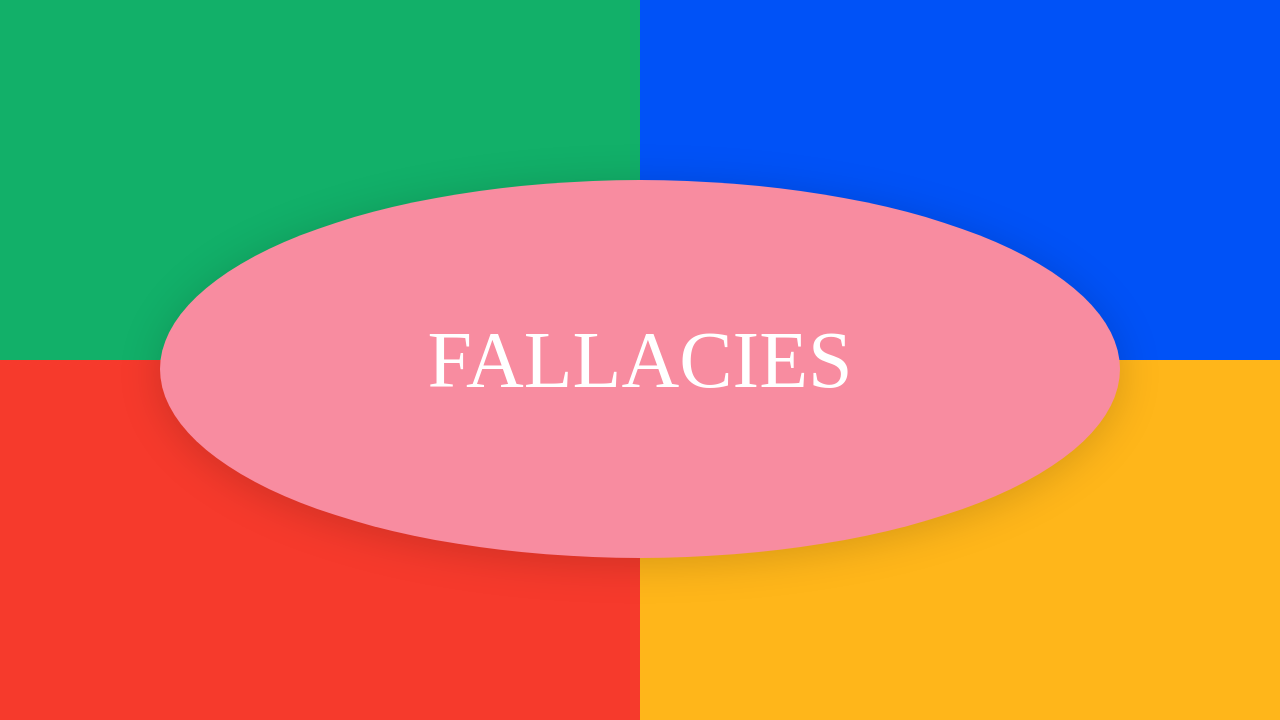
Repository: yafugray/fallacies
Page: project/Midterm project/index.html
The author's editor kept a copy of each file at every save. The page is drawn from the files as they stood at one save, then again after the next save.
The browser window is 1280 px wide. The pictures show the whole page.

Above is the page before, as saved 2020-03-12 19:19:05.

### project/Midterm project/index.html
<!DOCTYPE html>
<html lang="en">
<head>
    <meta charset="UTF-8">
    <meta name="viewport" content="width=device-width, initial-scale=1.0">
    <title>Fallacies</title>
    <link href="app.css" rel="stylesheet">
</head>
<body>
    <div id="Mainpage">
        <div id="rec1"></div>
        <div id="rec2"></div>
        <div id="rec3"></div>
        <div id="rec4"></div>
        <div id="group1">
            <svg class="ellipse">
                <ellipse fill="rgba(248,140,160,1)" id="Ellipse_8" rx="75%" ry="75%" cx="50%" cy="75%">
                </ellipse>
            </svg>
            <div id="fallacies">
                <span>FALLACIES</span>
            </div>
        </div>
    </div>
</body>
</html>

### project/Midterm project/app.css
* {
    margin: 0;
    padding: 0;
    box-sizing: border-box;
    border: none;
}

#Mainpage {
    position: absolute;
    width: 100vw;
    height: 100vh;
    background-color: azure;
    overflow: hidden;
}
@keyframes fadein {

    0% {
        opacity: 0;
    }
    100% {
        opacity: 1;
    }

}

#rec1 {
	position: absolute;
	overflow: visible;
	width: 50vw;
	height: 50vh;
	left: 0px;
    top: 0px;
    background-color: rgba(18,176,105,1);
}
#rec4 {
	position: absolute;
	overflow: visible;
	width: 50vw;
	height: 50vh;
	left: 0px;
    bottom: 0px;
    background-color: rgba(246,58,44,1);
}
#rec2 {
	position: absolute;
	overflow: visible;
	width: 50vw;
	height: 50vh;
	right: 0px;
    top: 0px;
    background-color: rgba(0,82,247,1);
}
#rec3 {
	position: absolute;
	overflow: visible;
	width: 50vw;
	height: 50vh;
	right: 0px;
    bottom: 0px;
    background-color: rgba(255,182,26,1);
}

#group1 {
    position: absolute;
	height: 50vh;
    left: 25%;
    right: 25%;
    top: 25%;
    bottom: 25%;
    /* background-size: contain; */
	overflow: visible;
	--web-animation: fadein 0.3s ease-out;
	--web-action-type: page;
	--web-action-target: custom___2.html;
    cursor: pointer;
    /* transform: translate( -50%, -50% ); */
    /* top:50%;
    left: 50%; */
}

.ellipse {
    filter: drop-shadow(0px 5px 20px rgba(0, 0, 0, 0.161));
	position: absolute;
	overflow: visible;
	width: 50vw;
	height: 35vh;
    left: 0px;
    right:0px;
    top: 0px;
    bottom: 0px;
}

#fallacies {
    /* filter: drop-shadow(0px 5px 10px rgba(0, 0, 0, 0.161));
    font-family: TitlingGothicFB Narrow;
    font-style: normal;
    font-weight: bold;
    font-size: 8em;
    width: 50vw;
    padding: 5px 10px;
	color: white;
	text-align: center;
	position: relative;
	top: 55%;
	left: 21%;
    transform: translate( -50%, -50% ); */
    position: absolute;
    top:50%;
    left:50%;
    transform: translate(-50%, -50%);
    font-size:5rem;
    color: white;
    z-index: 2;
    text-align: center;

}

After the next save:
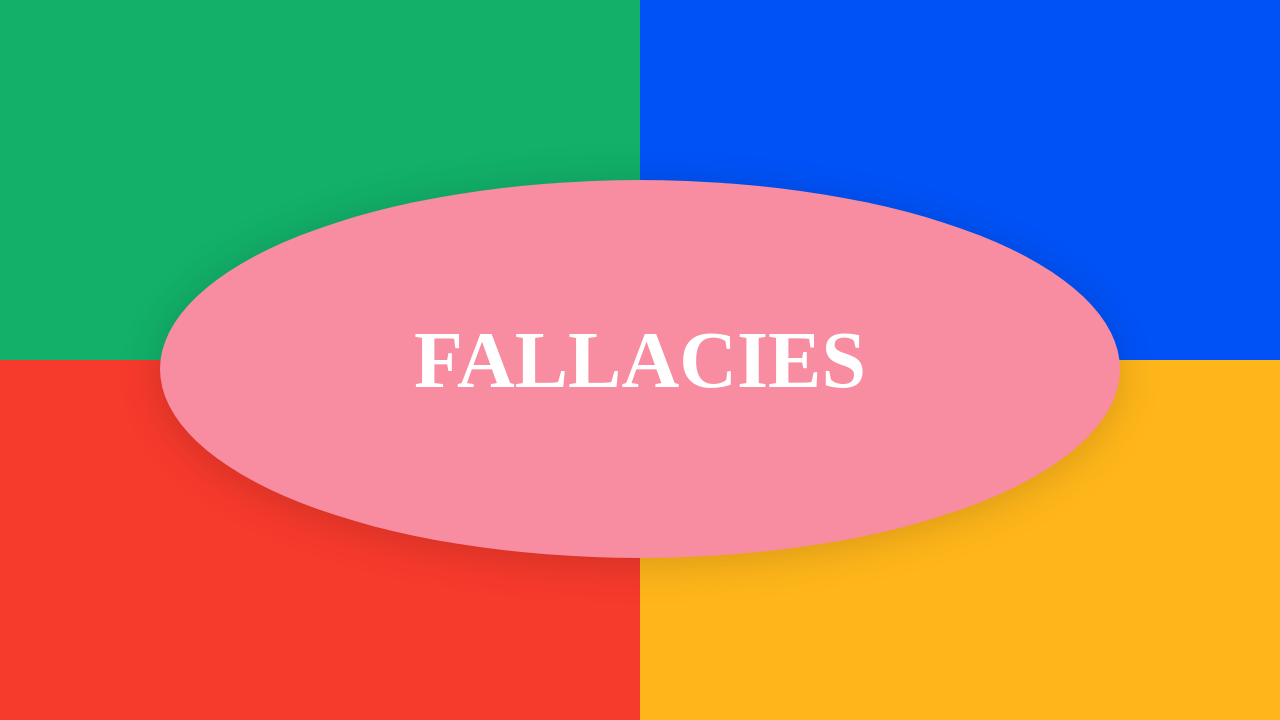
Saved 21 s later.
--- a/project/Midterm project/app.css
+++ b/project/Midterm project/app.css
@@ -104,6 +104,13 @@
 	top: 55%;
 	left: 21%;
     transform: translate( -50%, -50% ); */
+    font-family: TitlingGothicFB Narrow;
+    font-style: normal;
+    font-weight: bold;
+    font-size: 8em;
+    width: 50vw;
+    padding: 5px 10px;
+	color: white;
     position: absolute;
     top:50%;
     left:50%;
